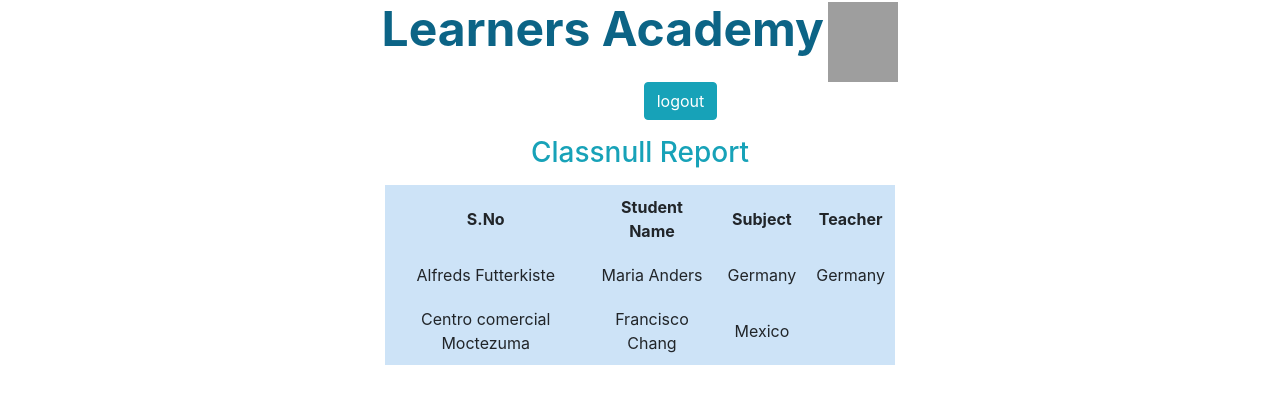
Repository: sindurup/Phase2Project
Page: http://localhost/LearnersAcademyPro/classReport.jsp
These files come from the project's save history. The page is drawn as it stood at one moment and after the next save; the edit follows.
The browser window is 1280 px wide. The pictures show the whole page.
Pictures or frames that could not be fetched are drawn as grey boxes. Some web libraries are served in a nearby version. The page is served by Tomcat 9.

Above is the page before, as saved 2021-09-29 04:29:48.
Console error: TypeError: Cannot read properties of undefined (reading 'fn')

After the next save:
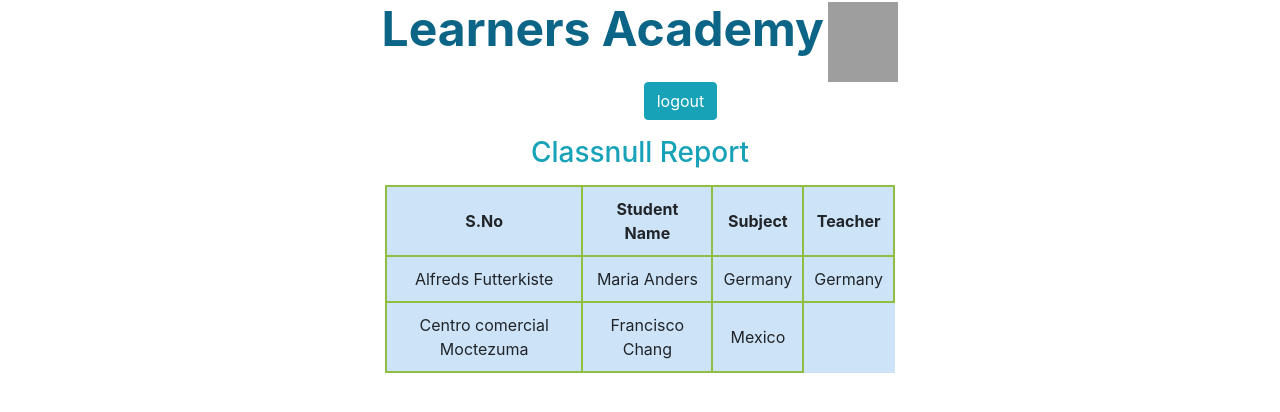
Saved 23 s later.
--- a/LearnersAcademyPro/src/main/webapp/classReport.jsp
+++ b/LearnersAcademyPro/src/main/webapp/classReport.jsp
@@ -19,7 +19,7 @@
       td,
       th {
         padding: 10px;
-
+        border: 2px solid #8ebf42;
         text-align: center;
         background-color: #cde3f7;
       }
